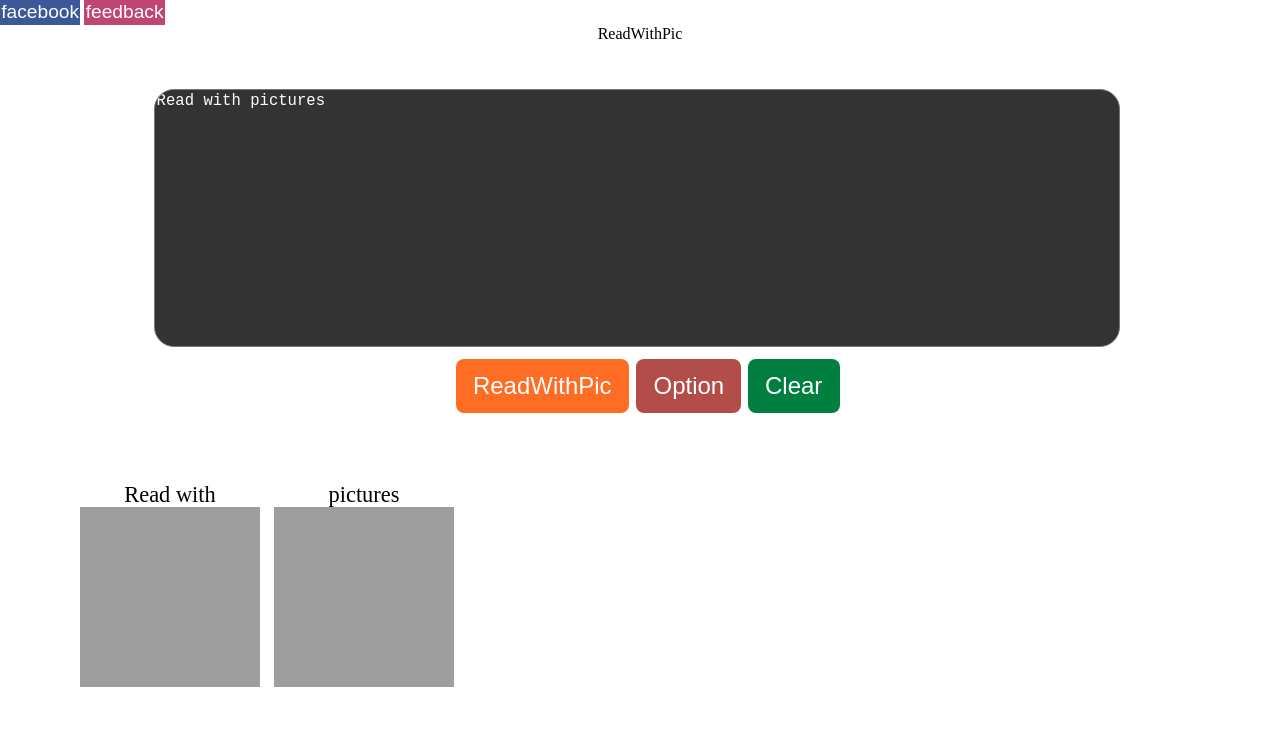
Repository: readwithpic/readwithpic.github.io
Page: index.html
The author's editor kept a record of every edit. The page is drawn from the files as they stood at one moment, then again after the next edit.
The browser window is 1280 px wide. The pictures show the whole page.
Pictures or frames that could not be fetched are drawn as grey boxes. Some web libraries are served in a nearby version.

Above is the page before.
Console error: TypeError: Cannot read properties of undefined (reading 'length')

After the next edit:
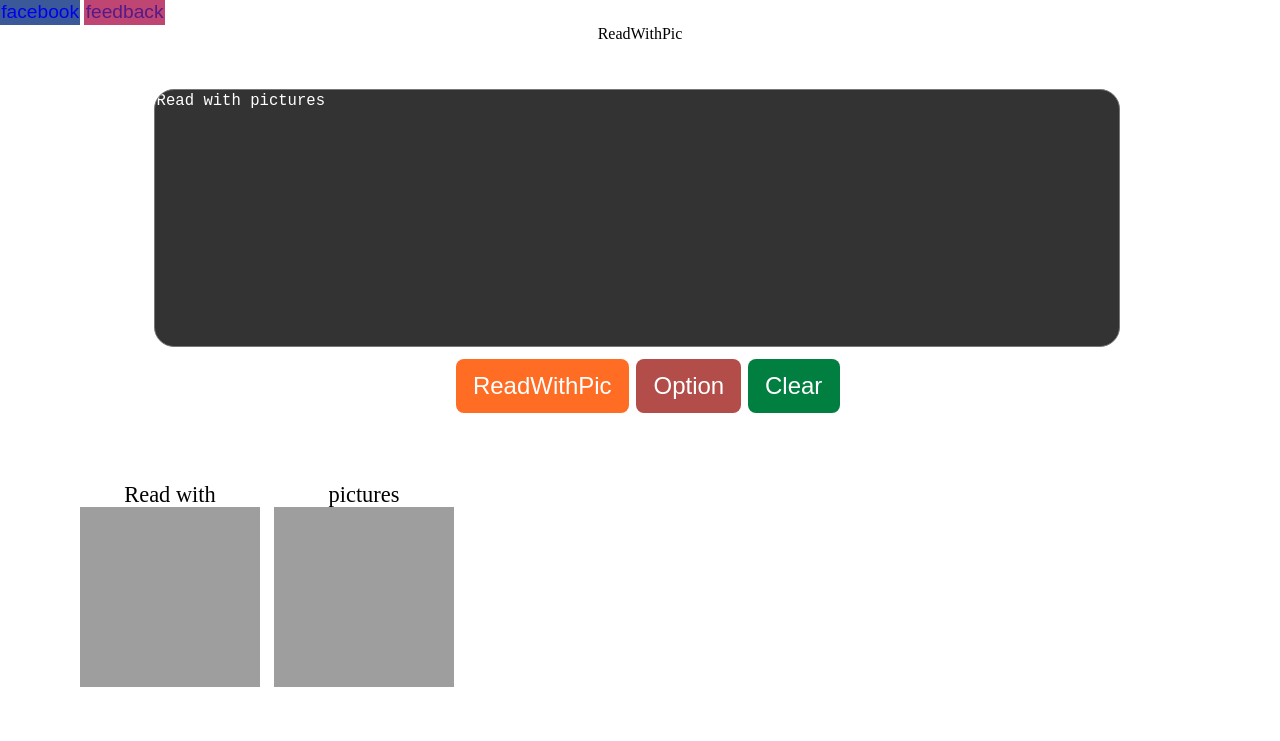
The edit:
--- a/style.css
+++ b/style.css
@@ -63,10 +63,6 @@
 
 .feedback:active{
     background-color:#BF4572;
-}
-
-.bLink{
-    color:white;
 }
 
 .fb-like{
